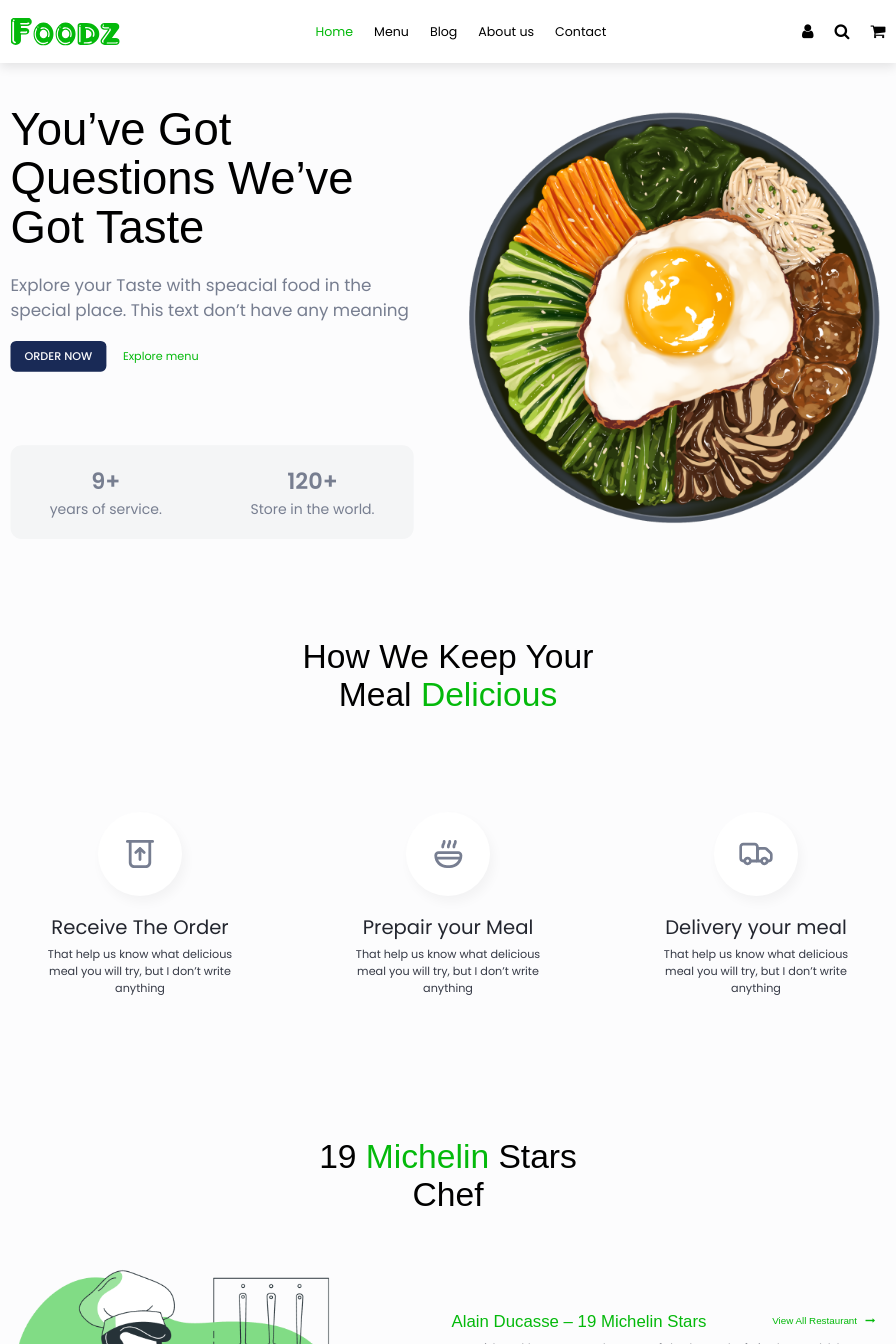
Repository: Toan3333/fooz
Page: index.html
The author's editor kept a copy of each file at every save. The page is drawn from the files as they stood at one save, then again after the next save.
The browser window is 1280 px wide. The pictures show the part of the page from y = 0 to 1920 px (the page is 3486 px tall before and 3491 px after), at 70% of full size.
Some web fonts or font styles are not loaded; a fallback is used.

Above is the page before, as saved 2023-05-19 11:35:10.

After the next save:
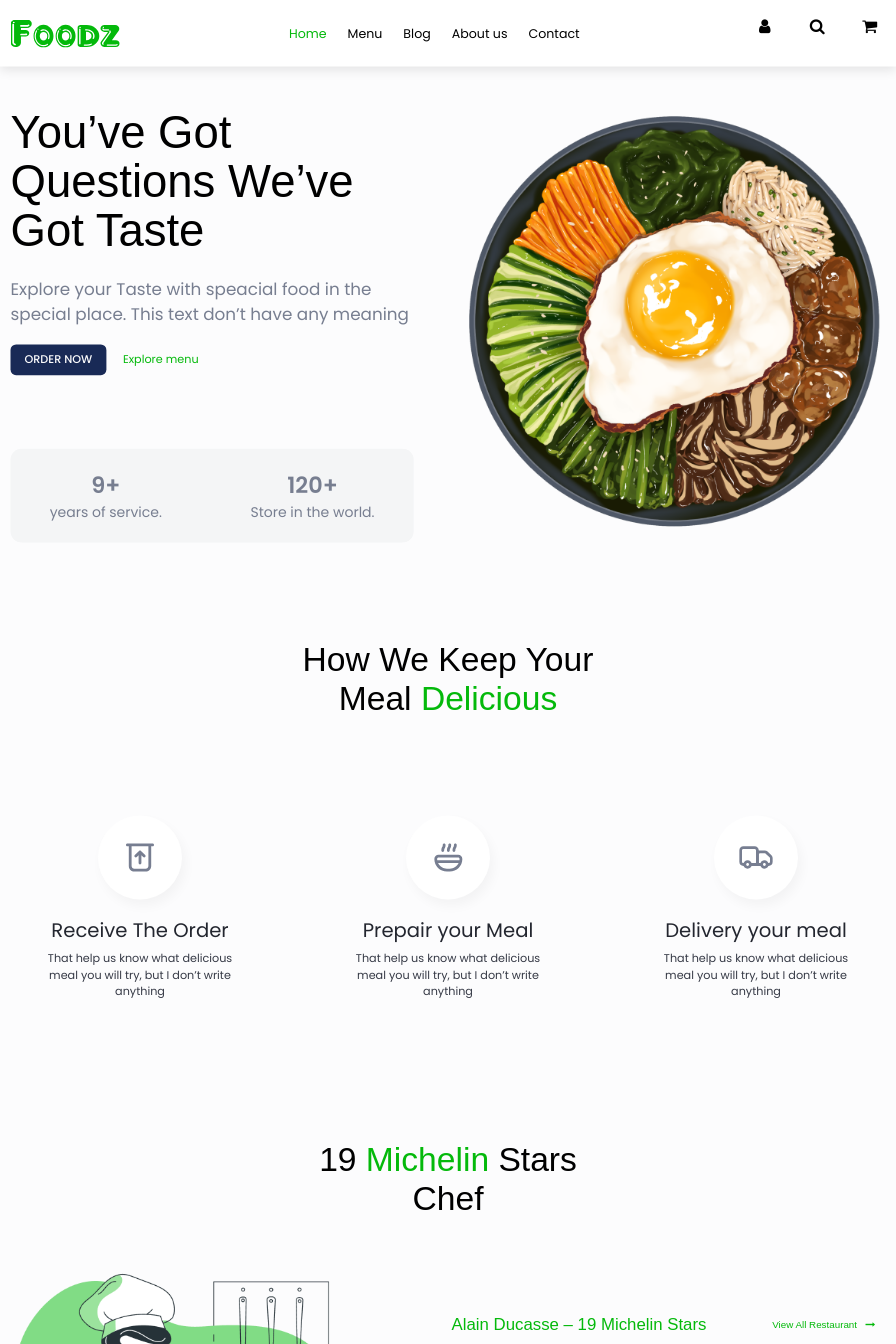
Saved 2 min 4 s later.
--- a/assets/css/style.css
+++ b/assets/css/style.css
@@ -96,7 +96,12 @@
   gap: 30px;
   font-size: 23px;
 }
-.header-icon > a {
+.header-icon a i {
+  width: 45px;
+  height: 45px;
+  text-align: center;
+
+  border-radius: 100rem;
   color: var(--black);
 }
 .header-icon > a:hover {
